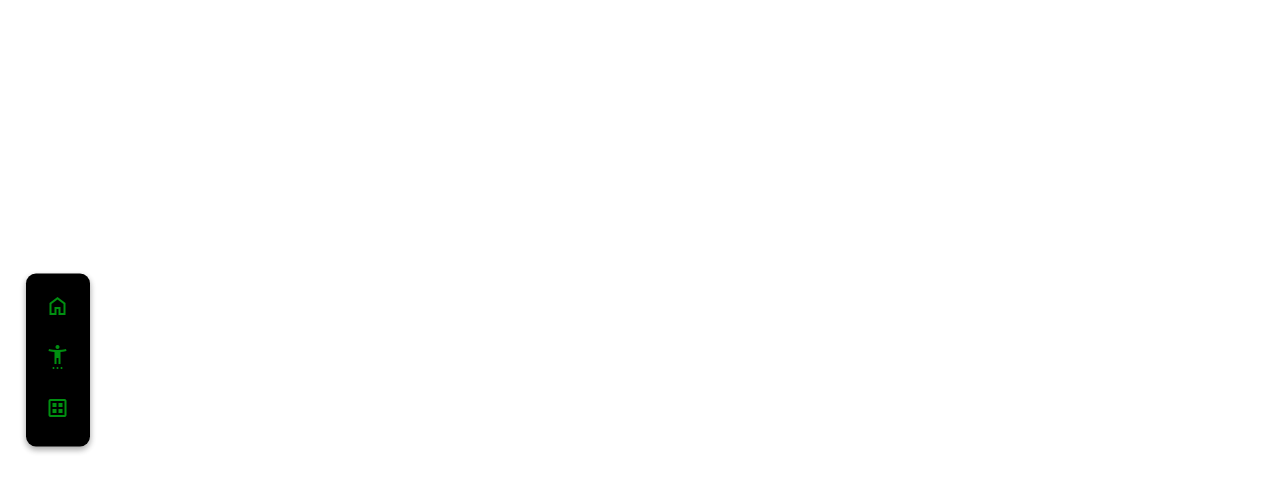
Repository: tuankiet10920/homeworkFEF
Page: /about
An editor plug-in stored every save of this project. The page is shown before and after the next save, followed by the edit.
The browser window is 1280 px wide. The pictures show the whole page.
The project was rebuilt for these pictures with package versions that can differ from the ones it lists, and the page was loaded fresh each time. Also part of the build but not shown: vite.config.js, src/views/HomeView.vue. Imported but missing from the stored project, and not drawn on this page: src/assets/audio/intro.mp3.

Above is the page before, as saved 2024-10-25 21:48:06.

### index.html
<!doctype html>
<html lang="en">
  <head>
    <meta charset="UTF-8" />
    <link rel="icon" href="/favicon.ico" />
    <meta name="viewport" content="width=device-width, initial-scale=1.0" />
    <link
      href="https://cdn.jsdelivr.net/npm/bootstrap@5.3.3/dist/css/bootstrap.min.css"
      rel="stylesheet"
      integrity="sha384-QWTKZyjpPEjISv5WaRU9OFeRpok6YctnYmDr5pNlyT2bRjXh0JMhjY6hW+ALEwIH"
      crossorigin="anonymous"
    />
    <link
      rel="stylesheet"
      href="https://fonts.googleapis.com/css2?family=Material+Symbols+Outlined:opsz,wght,FILL,GRAD@20..48,100..700,0..1,-50..200"
    />
    <link rel="preconnect" href="https://fonts.googleapis.com" />
    <link rel="preconnect" href="https://fonts.gstatic.com" crossorigin />
    <link
      href="https://fonts.googleapis.com/css2?family=Roboto:ital,wght@0,100;0,300;0,400;0,500;0,700;0,900;1,100;1,300;1,400;1,500;1,700;1,900&display=swap"
      rel="stylesheet"
    />
    <title>Vite App</title>
    <link rel="stylesheet" href="./src/assets/css/main.css" />
  </head>
  <body>
    <div id="app"></div>
    <script
      src="https://cdn.jsdelivr.net/npm/bootstrap@5.3.3/dist/js/bootstrap.bundle.min.js"
      integrity="sha384-YvpcrYf0tY3lHB60NNkmXc5s9fDVZLESaAA55NDzOxhy9GkcIdslK1eN7N6jIeHz"
      crossorigin="anonymous"
    ></script>
    <script type="module" src="/src/main.js"></script>
  </body>
</html>

### src/assets/css/main.css
* {
  margin: 0;
  padding: 0;
  box-sizing: border-box;
  text-decoration: none;
  color: #000;
  font-size: 16px;
  font-family: 'Roboto', sans-serif;
  font-weight: 300;
  font-style: normal;
}

### src/App.vue
<script setup>
import { RouterLink, RouterView } from 'vue-router'
import GetSrcImage from './assets/help/getSrcImage.js'
import Icon from './components/Icon.vue'
</script>

<template>
  <header>
    <div class="wrapper">
      <nav>
        <RouterLink to="/">
          <Icon iconName="home" />
        </RouterLink>

        <RouterLink to="/about">
          <Icon iconName="settings_accessibility" />
        </RouterLink>

        <RouterLink to="/labs">
          <Icon iconName="dataset" />
        </RouterLink>
      </nav>
    </div>
  </header>
  <RouterView />
</template>

<style scoped>
.wrapper nav a {
  margin-bottom: 20px;
  width: fit-content;
  text-decoration: none;
}
.wrapper nav a span {
  color: #009011;
}
.wrapper nav a:last-child {
  margin-bottom: 0;
}
nav {
  display: flex;
  flex-direction: column;
  justify-content: center;
  position: absolute;
  top: 50%;
  left: 2%;
  transform: translateY(-50%);
  padding: 20px;
  border-radius: 10px;
  background: #000;
  box-shadow:
    rgba(0, 0, 0, 0.16) 0px 3px 6px,
    rgba(0, 0, 0, 0.23) 0px 3px 6px;
}
</style>

### src/router/index.js
import { createRouter, createWebHistory } from 'vue-router'
import HomeView from '../views/HomeView.vue'

const router = createRouter({
  history: createWebHistory(import.meta.env.BASE_URL),
  routes: [
    {
      path: '/',
      name: 'home',
      component: HomeView,
    },
    {
      path: '/about',
      name: 'about',
      // route level code-splitting
      // this generates a separate chunk (About.[hash].js) for this route
      // which is lazy-loaded when the route is visited.
      component: () => import('../views/AboutView.vue'),
    },
    {
      path: '/labs',
      name: 'labs',
      component: () => import('../views/LabView.vue'),
    }
  ],
})

export default router

### src/assets/help/getSrcImage.js
const getSrcImage = (image) => {
    let __path = 'http://localhost:5173/src/assets/img/'
    return __path + image
}
export default getSrcImage

### src/components/Icon.vue
<script setup>
const props = defineProps(['iconName'])
</script>
<template>
  <span class="material-symbols-outlined"> {{ props.iconName }} </span>
</template>
<style scoped></style>

### src/views/AboutView.vue
<script setup>
import Bai1 from '../Labs/Lab6/Bai1.vue'
</script>
<template>
  <Bai1 />
</template>

<style></style>

### src/Labs/Lab6/Bai1.vue
<script setup></script>
<template>
  <div></div>
</template>
<style scoped></style>

Loaded but not shown: src/main.js (common file)

After the next save:
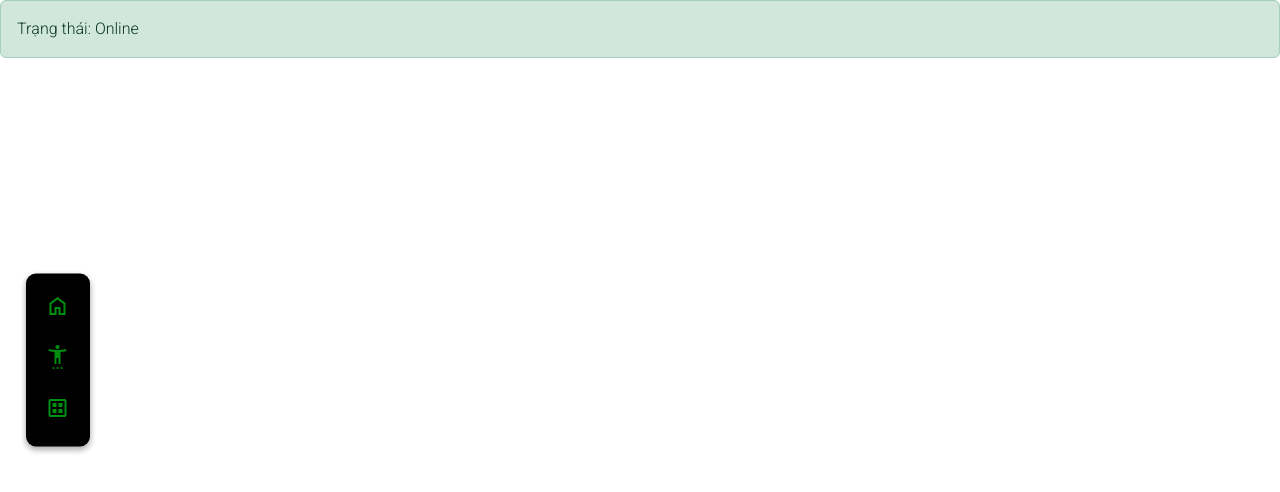
Saved 65 min 48 s later.
--- a/src/Labs/Lab6/Bai1.vue
+++ b/src/Labs/Lab6/Bai1.vue
@@ -1,5 +1,23 @@
-<script setup></script>
 <template>
-  <div></div>
+  <div class="alert" :class="statusClass">
+    Trạng thái: {{ isOnline ? 'Online' : 'Offline' }}
+  </div>
 </template>
-<style scoped></style>
+<script setup>
+import { ref, onMounted, onUnmounted } from 'vue'
+const isOnline = ref(true)
+const statusClass = ref('alert-success')
+const updateStatus = () => {
+  isOnline.value = navigator.onLine
+  statusClass.value = isOnline.value ? 'alert-success' : 'alert-danger'
+}
+onMounted(() => {
+  window.addEventListener('online', updateStatus)
+  window.addEventListener('offline', updateStatus)
+  updateStatus()
+})
+onUnmounted(() => {
+  window.removeEventListener('online', updateStatus)
+  window.removeEventListener('offline', updateStatus)
+})
+</script>
